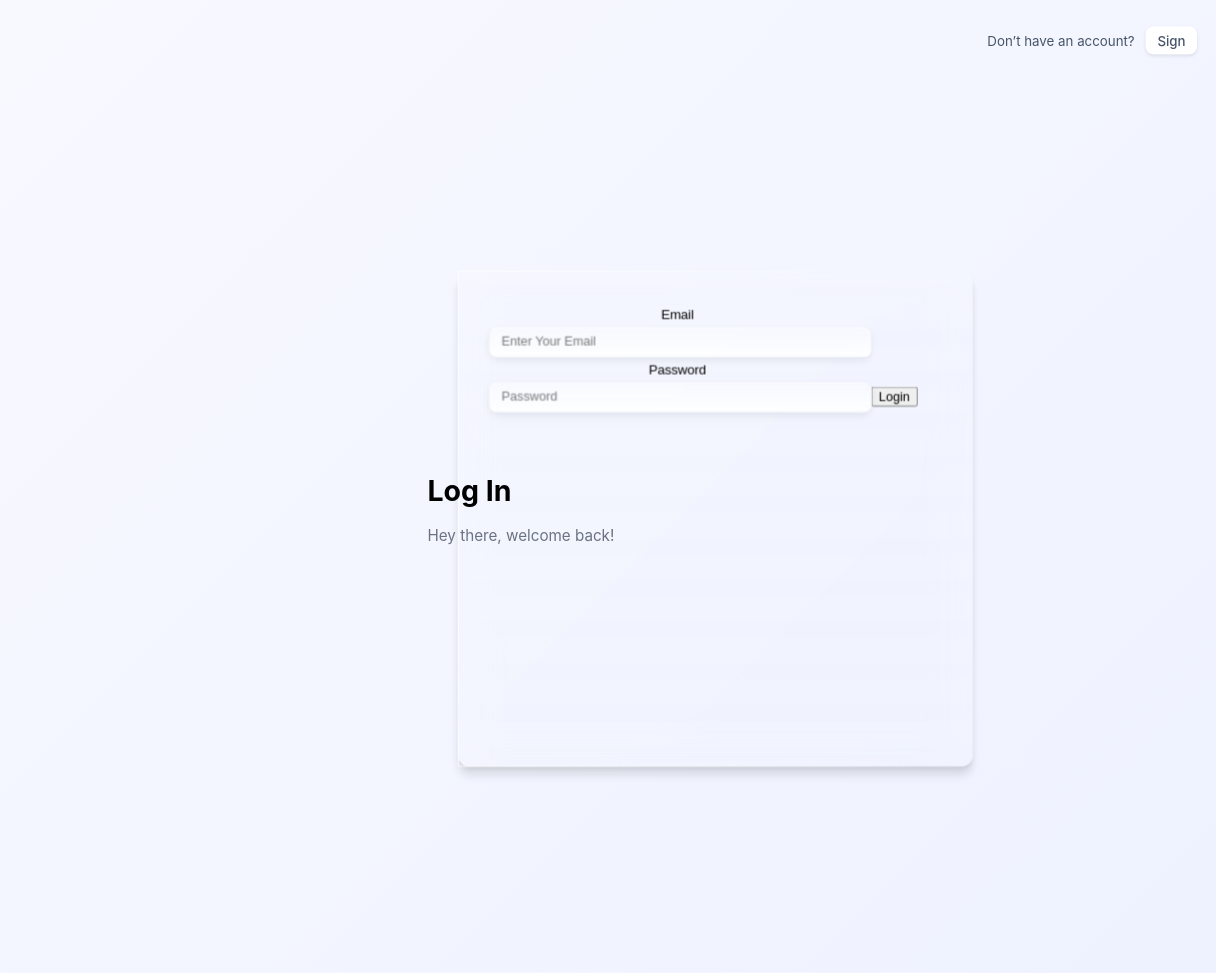
Repository: AfifaNoor/Admin_Panel-React-
Page: /
The author's editor kept a copy of each file at every save. The page is drawn from the files as they stood at one save, then again after the next save.
The browser window is 1280 px wide. The pictures show the whole page, at 95% of full size.
The project was rebuilt for these pictures with package versions that can differ from the ones it lists, and the page was loaded fresh each time. Also part of the build but not shown: src/SignUp.jsx.

Above is the page before, as saved 2025-07-10 16:15:54.

After the next save:
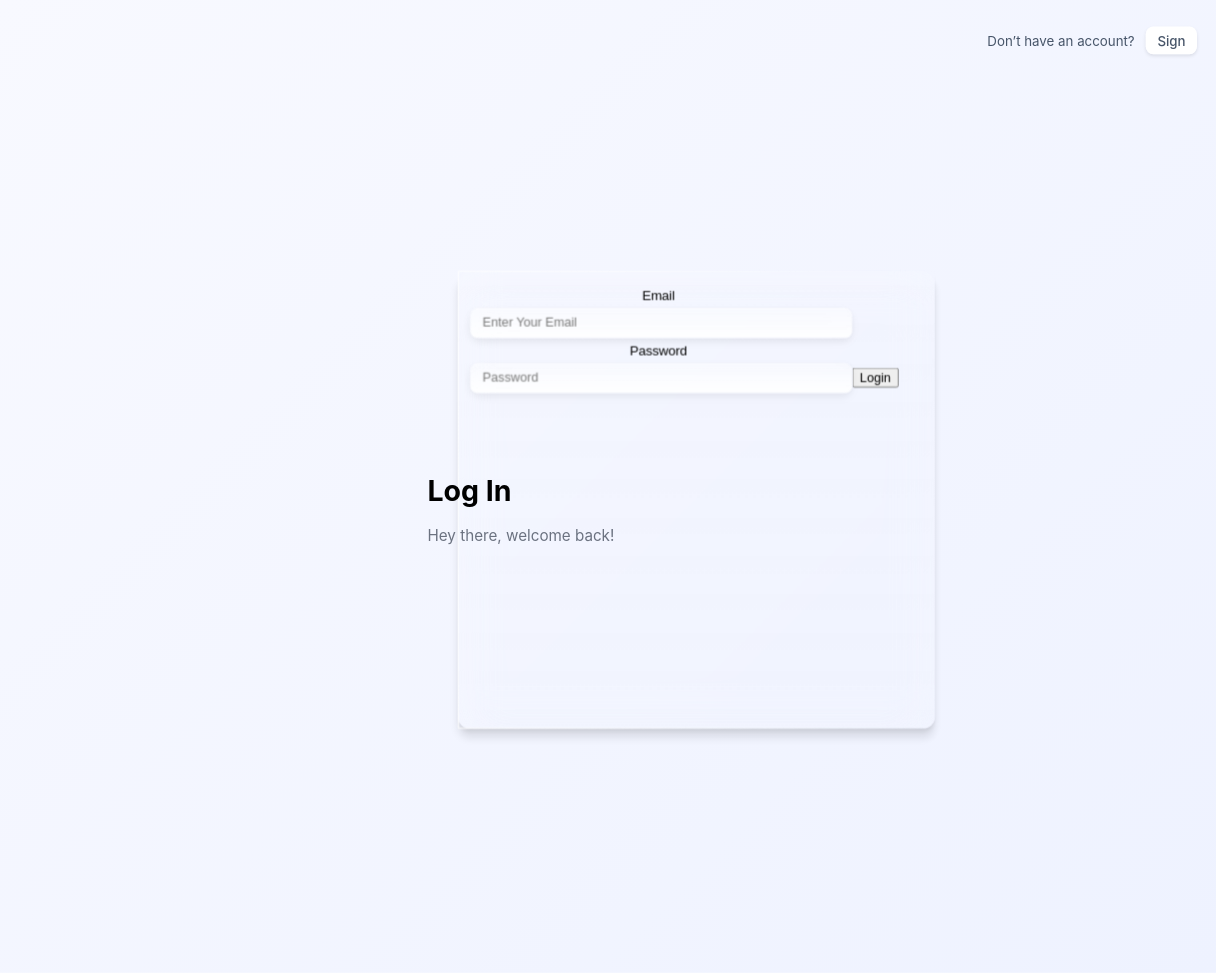
Saved 85 s later.
--- a/src/LoginPage.css
+++ b/src/LoginPage.css
@@ -77,7 +77,7 @@ margin-bottom: 8px;
   top: 284.5px;
   left: 482px;
   border-radius: 12px;
-  padding: 32px;
+  padding: 12px;
   gap: 10px;
   opacity: 1;
   flex-direction: column;

After the save that followed:
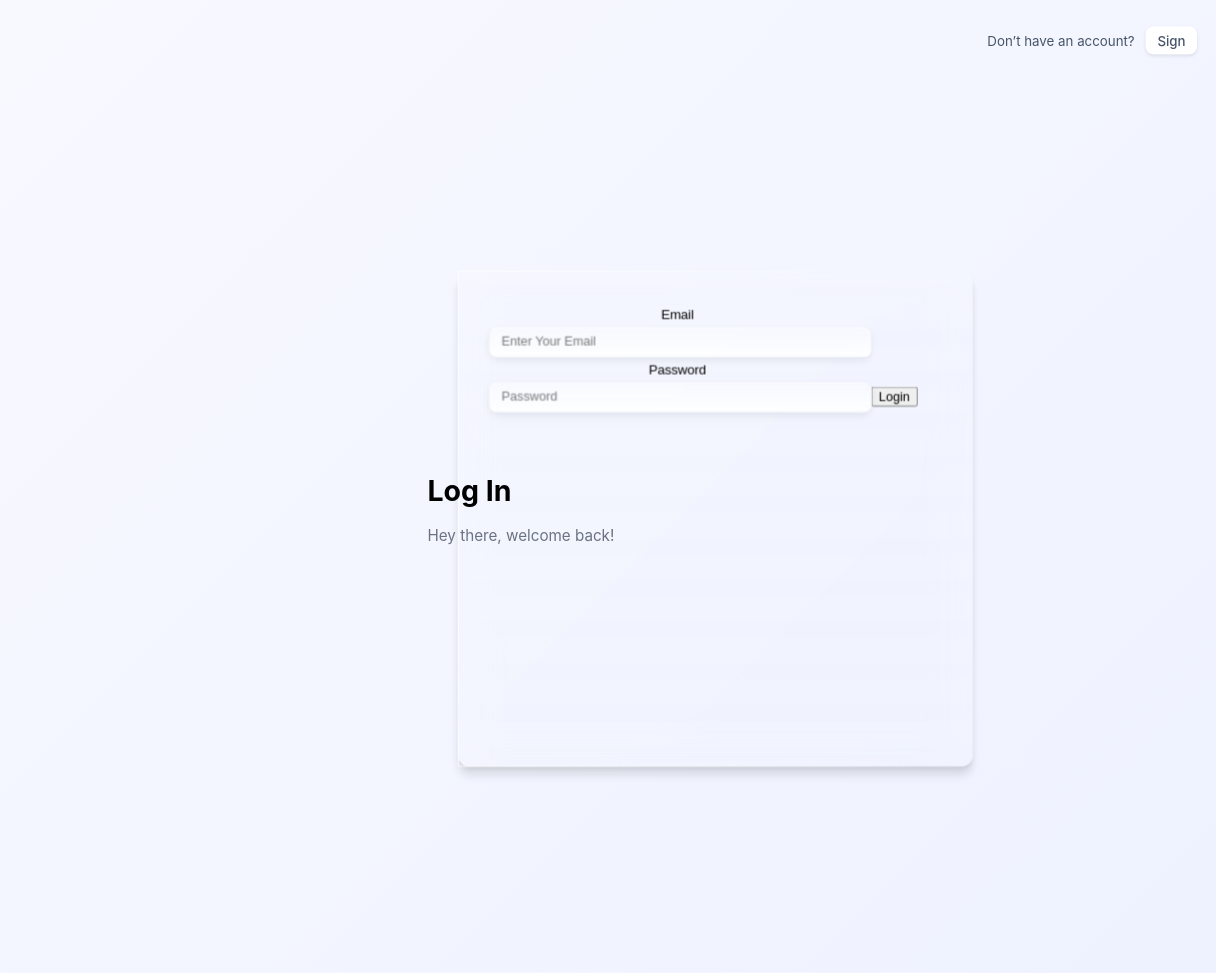
Saved 9 s later.
--- a/src/LoginPage.css
+++ b/src/LoginPage.css
@@ -77,7 +77,7 @@ margin-bottom: 8px;
   top: 284.5px;
   left: 482px;
   border-radius: 12px;
-  padding: 12px;
+  padding: 32px;
   gap: 10px;
   opacity: 1;
   flex-direction: column;
